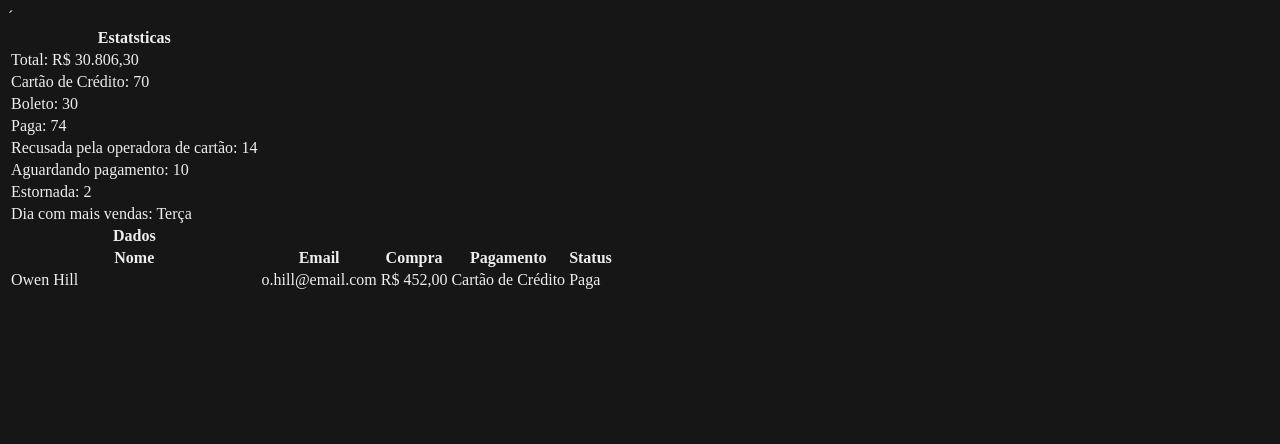
Repository: lucasleitedosreis/exercicios-praticando-typescript
Page: index.html
The author's editor kept a copy of each file at every save. The page is drawn from the files as they stood at one save, then again after the next save.
The browser window is 1280 px wide. The pictures show the whole page.
The page's requests for data from a server got no answer.

Above is the page before, as saved 2023-04-13 13:53:39.

### index.html
<!DOCTYPE html>
<html lang="pt-BR">

<head>
    <meta charset="UTF-8">
    <meta http-equiv="X-UA-Compatible" content="IE=edge">
    <meta name="viewport" content="width=device-width, initial-scale=1.0">
    <title>Exercícios TypeScript</title>
    <link rel="stylesheet" href="./src/styles.css">
</head>

<body>
    <table>
        <thead>
            <tr>
                <th id="estatisticas">Estatsticas</th>´
            </tr>
        </thead>
        <tbody>
            <tr>
                <td>Total: R$ 30.806,30</td>
            </tr>
            <tr>
                <td>Cartão de Crédito: 70</td>
            </tr>
            <tr>
                <td>Boleto: 30</td>
            </tr>
            <tr>
                <td>Paga: 74</td>
            </tr>
            <tr>
                <td>Recusada pela operadora de cartão: 14</td>
            </tr>
            <tr>
                <td>Aguardando pagamento: 10</td>
            </tr>
            <tr>
                <td>Estornada: 2</td>
            </tr>
            <tr>
                <td>Dia com mais vendas: Terça</td>
            </tr>
        </tbody>
        <thead>
            <tr>
                <th id="dados">Dados</th>
            </tr>
        </thead>
        <tbody>
            <tr>
                <th id="nome" colspan="10">Nome</th>
                <th id="email" colspan="10">Email</th>
                <th id="compra" colspan="10">Compra</th>
                <th id="pagamento" colspan="10">Pagamento</th>
                <th id="status" colspan="10">Status</th>
            </tr>
            <tr>
                <td colspan="10">Owen Hill</td>
                <td colspan="10">o.hill@email.com</td>
                <td colspan="10">R$ 452,00</td>
                <td colspan="10">Cartão de Crédito</td>
                <td colspan="10">Paga</td>
            </tr>
        </tbody>

    </table>
    <script type="module" src="./dist/script.js"></script>
</body>

</html>

### src/styles.css
body {
  background: #161616;
  color: #eeeeee;
}

### dist/script.js
import fetchData from "./fetchData.js";
import normalizarTransacao from "./normalizartransacao.js";
async function handleData() {
    const data = await fetchData("https://api.origamid.dev/json/transacoes.json?");
    if (!data)
        return;
    const transacoes = data.map(normalizarTransacao);
    console.log(transacoes);
}
handleData();
//# sourceMappingURL=script.js.map

### dist/fetchData.js
export default async function fetchData(url) {
    try {
        const response = await fetch(url);
        if (!response.ok)
            throw new Error("Erro: " + response.status);
        const json = await response.json();
        return json;
    }
    catch (error) {
        if (error instanceof Error)
            console.log("Ocorreu um Erro ao executar o fetch: " + error.message);
        return null;
    }
}
//# sourceMappingURL=fetchData.js.map

### dist/normalizartransacao.js
import moedaParanumero from "./moedaParaNumero.js";
export default function normalizarTransacao(transacao) {
    return {
        nome: transacao.Nome,
        id: transacao.ID,
        data: transacao.Data,
        status: transacao.Status,
        email: transacao.Email,
        moeda: transacao["Valor (R$)"],
        valor: moedaParanumero(transacao["Valor (R$)"]),
        pagamento: transacao["Forma de Pagamento"],
        novo: Boolean(transacao["Cliente Novo"]),
    };
}
//# sourceMappingURL=normalizartransacao.js.map

### dist/moedaParaNumero.js
export default function moedaParanumero(moeda) {
    const numero = Number(moeda.replaceAll(".", "").replaceAll(",", "."));
    if (isNaN(numero)) {
        return null;
    }
    else {
        return numero;
    }
}
//# sourceMappingURL=moedaParaNumero.js.map

After the next save:
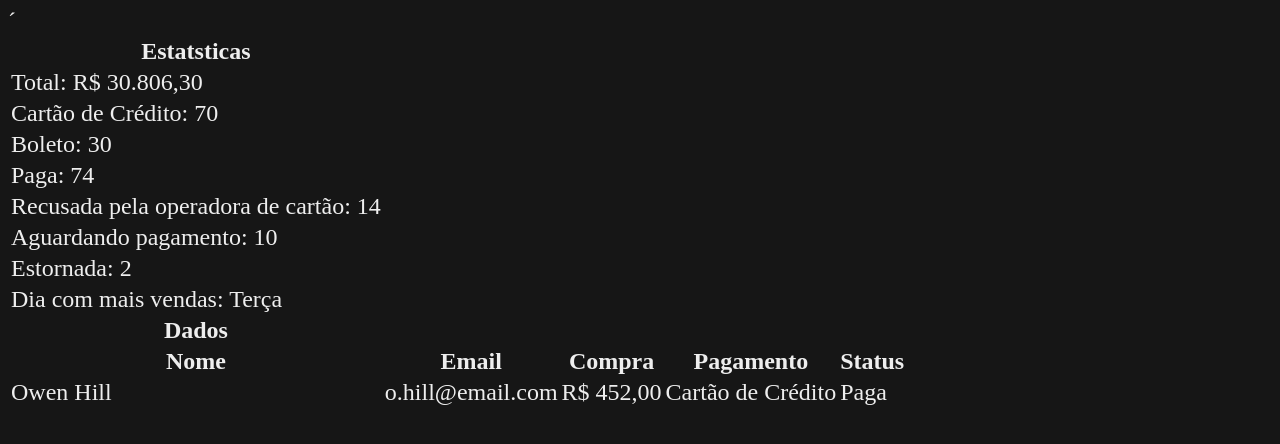
Saved 12 s later.
--- a/src/styles.css
+++ b/src/styles.css
@@ -1,4 +1,5 @@
 body {
   background: #161616;
   color: #eeeeee;
+  font-size: 1.5rem;
 }

After the save that followed:
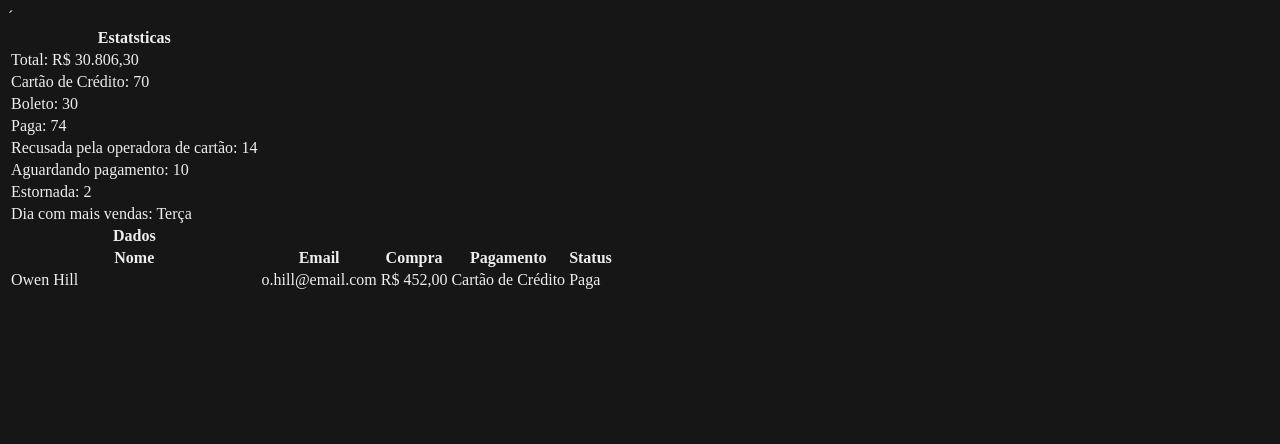
Saved 7 s later.
--- a/src/styles.css
+++ b/src/styles.css
@@ -1,5 +1,5 @@
 body {
   background: #161616;
   color: #eeeeee;
-  font-size: 1.5rem;
+  font-size: 1rem;
 }
